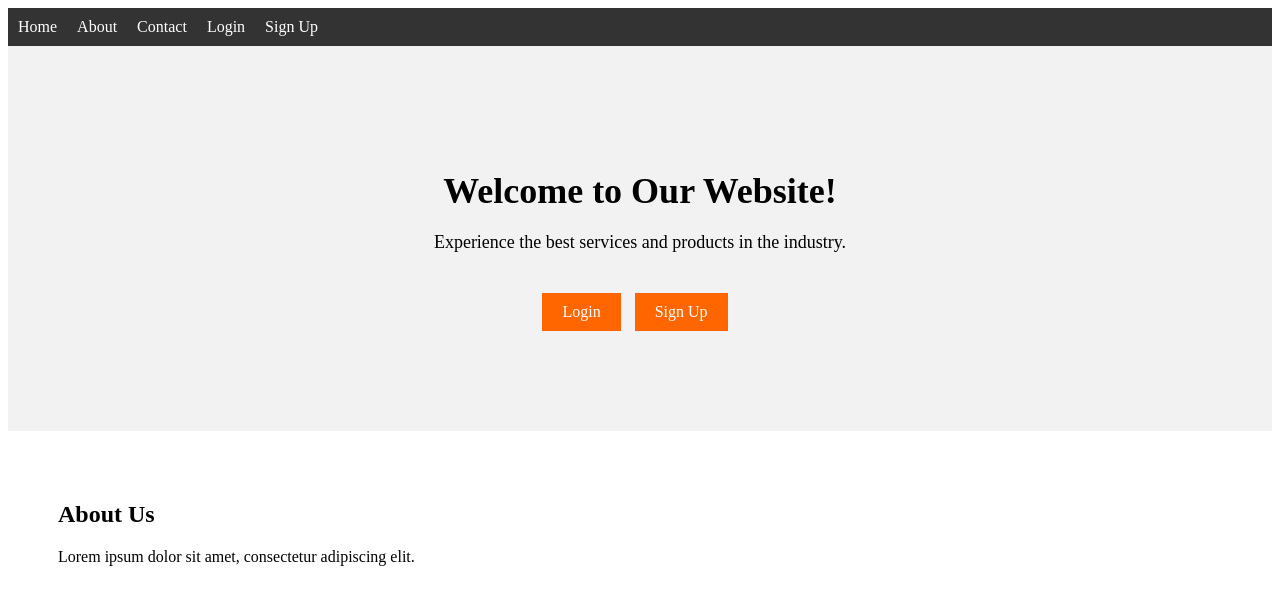
Repository: rohann12/RepairMate
Page: Garage/src/main/webapp/JSP/ff.html
These files come from the project's save history. The page is drawn as it stood at one moment and after the next save; the edit follows.
The browser window is 1280 px wide. The pictures show the whole page.

Above is the page before, as saved 2023-06-17 11:05:01.

After the next save:
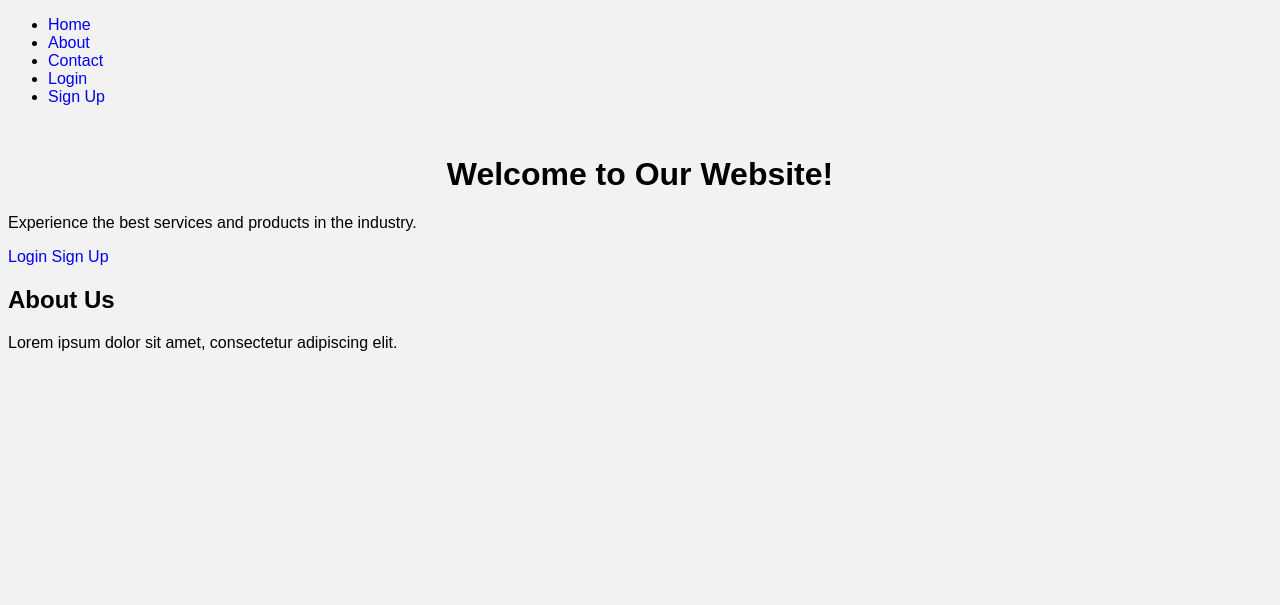
Saved 18 s later.
--- a/Garage/src/main/webapp/JSP/ff.html
+++ b/Garage/src/main/webapp/JSP/ff.html
@@ -2,7 +2,7 @@
 <html>
 <head>
   <title>RepairMate</title>
-  <link rel="stylesheet" href="CSS/style.css">
+  <link rel="stylesheet" href="/Garage/src/main/webapp/CSS/login.css">
 
 </head>
 <body>
